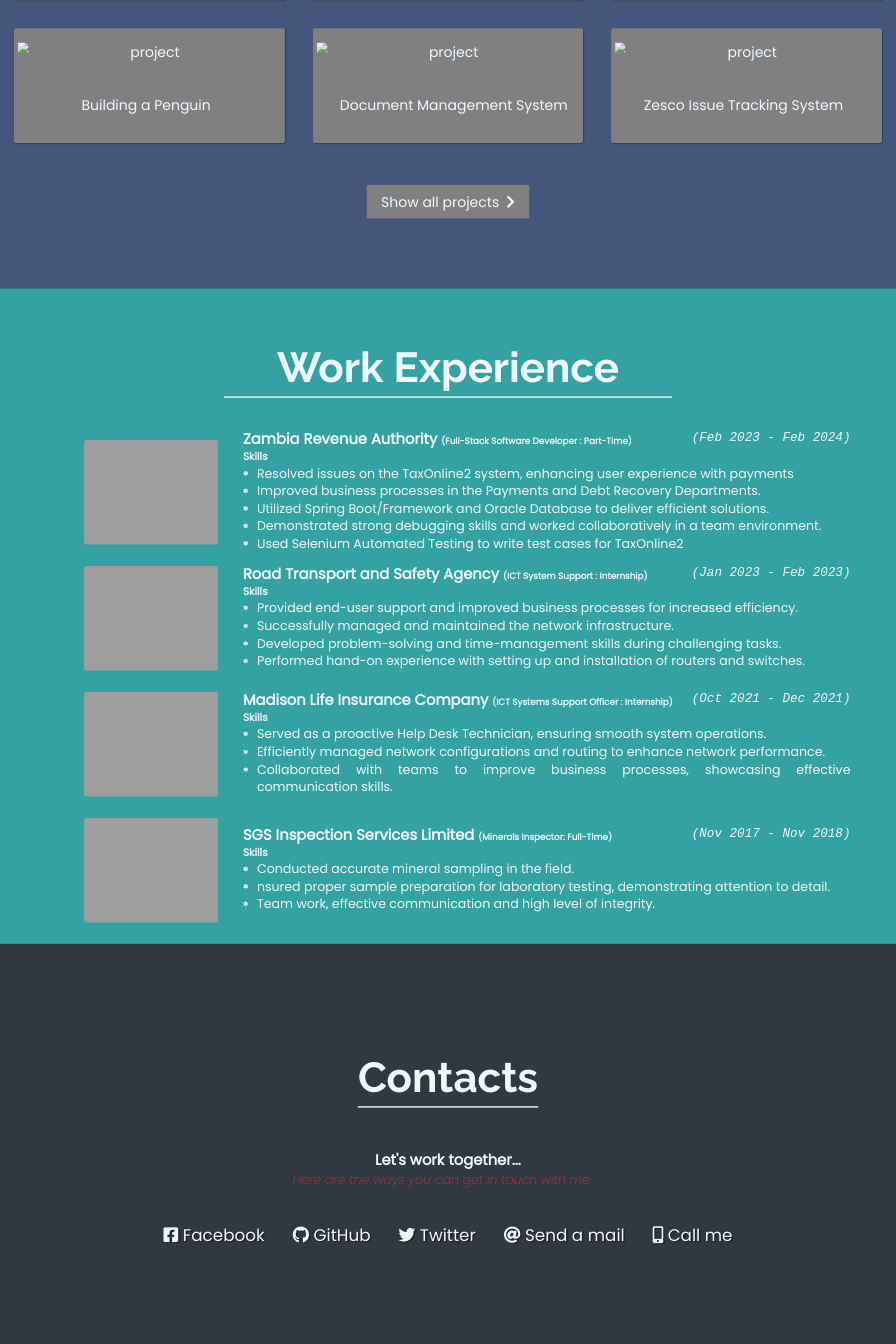
Repository: Lungdjos/personal_portifolio
Page: html/index.html
These files come from the project's save history. The page is drawn as it stood at one moment and after the next save; the edit follows.
The browser window is 1280 px wide. The pictures show the part of the page from y = 1185 to 3105 px (the page is 3214 px tall), at 70% of full size.
Pictures or frames that could not be fetched are drawn as grey boxes. Some web libraries are served in a nearby version.

Above is the page before, as saved 2024-02-04 02:50:19.

### html/index.html
<!DOCTYPE html>
<html lang="en">

<head>
    <meta charset="UTF-8">
    <meta name="viewport" content="width=device-width, initial-scale=1.0">
    <title>Personal Portifolio</title>
    <link rel="stylesheet" href="/css/styles.css">
    <link rel="stylesheet" href="https://use.fontawesome.com/releases/v5.8.2/css/all.css" integrity="sha384-oS3vJWv+0UjzBfQzYUhtDYW+Pj2yciDJxpsK1OYPAYjqT085Qq/1cq5FLXAZQ7Ay" crossorigin="anonymous">
    <link href="https://fonts.googleapis.com/css?family=Poppins:200i,300,400&amp;display=swap" rel="stylesheet">
    <link href="https://fonts.googleapis.com/css?family=Raleway:700&amp;display=swap" rel="stylesheet">
    <script src="edge-extension://ajdpfmkffanmkhejnopjppegokpogffp/assets/prompt.js"></script>
</head>

<body>
    <header class="header">
        <nav id="navbar">
            <ul class="nav-list">
                <li><a href="#welcome-section" class="nav-link"><i class=""></i>Home</a></li>
                <li>
                    <a href="#project-section" class="nav-link"> <i class=""></i>Projects</a>
                </li>
                <li>
                    <a href="#work-experience-section" class="nav-link"> <i class=""></i>Experience</a>
                </li>
                <li><a href="#contact-section" class="nav-link"><i class=""></i>Contacts</a></li>
            </ul>
        </nav>
    </header>
    <main class="m-3">
        <div id="spacer"></div>
        <section class="home" id="welcome-section">
            <div id="welcome-section">
                <h1 id="title">Hi there, I am Lungu</h1>
                <p id="sub-title"><span>a</span> <span>full-stack</span> <span>software</span> <span>developer</span></p>
            </div>
        </section>

        <div id="spacer"></div>
        <section class="project-section" id="project-section">
            <h1 id="project-heading" class="heading">Here are some Projects I have done</h1>

            <div class="project-grid">
                <a href="#" target="_blank" class="project project-title">
                    <img class="project-image" src="" alt="project">
                    <p class="project-title">
                        <span class="code">&lt;</span>Technical Document Page
                        <span class="code">/&gt;</span>
                    </p>
                </a>

                <a href="#" target="_blank" class="project project-title">
                    <img class="project-image" src="" alt="project">
                    <p class="project-title">
                        <span class="code">&lt;</span> Piano
                        <span class="code">/&gt;</span>
                    </p>
                </a>

                <a href="#" target="_blank" class="project project-title">
                    <img class="project-image" src="" alt="project">
                    <p class="project-title">
                        <span class="code">&lt;</span> Tribute Page
                        <span class="code">/&gt;</span>
                    </p>
                </a>

                <a href="#" target="_blank" class="project project-title">
                    <img class="project-image" src="" alt="project">
                    <p class="project-title">
                        <span class="code">&lt;</span> Building a Penguin
                        <span class="code">/&gt;</span>
                    </p>
                </a>

                <a href="#" target="_blank" class="project project-title">
                    <img class="project-image" src="" alt="project">
                    <p class="project-title">
                        <span class="code">&lt;</span> Document Management System
                        <span class="code">/&gt;</span>
                    </p>
                </a>

                <a href="#" target="_blank" class="project project-title">
                    <img class="project-image" src="" alt="project">
                    <p class="project-title">
                        <span class="code">&lt;</span> Zesco Issue Tracking System
                        <span class="code">/&gt;</span>
                    </p>
                </a>
            </div>

            <a href="#" class="btn btn-show-all" target="_blank">Show all projects<i class="fas fa-chevron-right"></i></a>
        </section>
        <div id="spacer"></div>
        <section class="work-exp-section" id="work-experience-section">
            <h1 class="heading work-exp-heading">Work Experience</h1>
            <div id="grid">
                <div id="icon"><img src="https://th.bing.com/th?id=OIP.rCZtK_dDgujHTn0u4EiHUwHaEX&w=325&h=191&c=8&rs=1&qlt=90&o=6&pid=3.1&rm=2" alt="icon"></div>
                <div class="experience">
                    <div class="title-exp">
                        <h3>Zambia Revenue Authority <small>(Full-Stack Software Developer : Part-Time)</small></h3>
                        <code>(Feb 2023 - Feb 2024)</code>
                    </div>

                    <h5 class="skills">Skills</h5>
                    <p>
                        <ul>
                            <li>Resolved issues on the TaxOnline2 system, enhancing user experience with payments</li>
                            <li>Improved business processes in the Payments and Debt Recovery Departments.</li>
                            <li>Utilized Spring Boot/Framework and Oracle Database to deliver efficient solutions.</li>
                            <li>Demonstrated strong debugging skills and worked collaboratively in a team environment.</li>
                            <li>Used Selenium Automated Testing to write test cases for TaxOnline2</li>
                        </ul>
                    </p>
                </div>
            </div>

            <div id="grid">
                <div id="icon"><img src="https://th.bing.com/th?id=OIP.iDj6ErR_9QzKQiRz5T8xHQAAAA&w=158&h=159&c=8&rs=1&qlt=90&o=6&pid=3.1&rm=2" alt="icon"></div>
                <div class="experience">
                    <div class="title-exp">
                        <h3>Road Transport and Safety Agency <small>(ICT System Support : Internship)</small></h3>
                        <code>(Jan 2023 - Feb 2023)</code>
                    </div>

                    <h5 class="skills">Skills</h5>
                    <p>
                        <ul>
                            <li>Provided end-user support and improved business processes for increased efficiency.</li>
                            <li>Successfully managed and maintained the network infrastructure.</li>
                            <li>Developed problem-solving and time-management skills during challenging tasks.</li>
                            <li>Performed hand-on experience with setting up and installation of routers and switches.</li>
                        </ul>
                    </p>
                </div>
            </div>

            <div id="grid">
                <div id="icon"><img src="https://th.bing.com/th?id=OIP.sgcljO8ZBHyturyXo14g8wAAAA&w=216&h=103&c=8&rs=1&qlt=90&o=6&pid=3.1&rm=2" alt="icon"></div>
                <div class="experience">
                    <div class="title-exp">
                        <h3>Madison Life Insurance Company <small>(ICT Systems Support Officer : Internship)</small></h3>
                        <code>(Oct 2021 - Dec 2021)</code>
                    </div>

                    <h5 class="skills">Skills</h5>
                    <p>
                        <ul>
                            <li>Served as a proactive Help Desk Technician, ensuring smooth system operations.</li>
                            <li>Efficiently managed network configurations and routing to enhance network performance.</li>
                            <li>Collaborated with teams to improve business processes, showcasing effective communication skills.</li>
                        </ul>
                    </p>
                </div>
            </div>

            <div id="grid">
                <div id="icon"><img src="https://th.bing.com/th?id=OIP.TdyvCMy5NlyppvpqZwovrAHaE8&w=306&h=204&c=8&rs=1&qlt=90&o=6&pid=3.1&rm=2" alt="icon"></div>
                <div class="experience">
                    <div class="title-exp">
                        <h3>SGS Inspection Services Limited <small>(Minerals Inspector: Full-Time)</small></h3>
                        <code>(Nov 2017 - Nov 2018)</code>
                    </div>

                    <h5 class="skills">Skills</h5>
                    <p>
                        <ul>
                            <li>Conducted accurate mineral sampling in the field.</li>
                            <li>nsured proper sample preparation for laboratory testing, demonstrating attention to detail.</li>
                            <li>Team work, effective communication and high level of integrity.</li>
                        </ul>
                    </p>
                </div>
            </div>
        </section>
        <div id="spacer"></div>
        <section class="contact-section" id="contact-section">
            <h1 class="heading contacts-heading">Contacts</h1>
            <div class="contact-section-header">
                <h3>Let's work together...</h3>
                <p>Here are the ways you can get in touch with me <i class="fa-duotone fa-phone"></i></p>
            </div>
            <div id="contact-links">
                <a href="https://facebook.com/freecodecamp" target="_blank" class="btn contact-details"><i class="fab fa-facebook-square"></i> Facebook</a>
                <a id="profile-link" href="https://github.com/freecodecamp" target="_blank" class="btn contact-details"><i class="fab fa-github"></i> GitHub</a>
                <a href="https://twitter.com/freecodecamp" target="_blank" class="btn contact-details"><i class="fab fa-twitter"></i> Twitter</a>
                <a href="mailto:example@example.com" class="btn contact-details"><i class="fas fa-at"></i> Send a mail</a>
                <a href="tel:555-555-5555" class="btn contact-details"><i class="fas fa-mobile-alt"></i> Call me</a>
            </div>
        </section>
    </main>
    <footer>
        <ul>
            <li><a href="">Privacy</a></li>
            <li><a href="">Contacts</a></li>
            <li><a href="">About Us</a></li>
        </ul>
        <span>&REG;Radix Enterprise Ltd. &copy; 2024</span>
    </footer>
</body>

</html>

### css/styles.css
/** STYLING FOR THE PORTIFOLIO **/


/* the root selector */

:root {
    /* colors */
    --col-1: aliceblue;
    --col-2: grey;
    --col-3: orangered;
    --col-4: #be3144;
    --bc-1: #34a2a2;
    --bc-2: #0b2e28;
    --bc-3: #123b3b;
    --bc-4: #45567d;
    --bc-5: #303841;
    /* values */
}


/* general stylings */

html {
    font-size: 62.5%;
    box-sizing: border-box;
    scroll-behavior: smooth;
}

* {
    margin: 0;
    padding: 0;
}


/* box-sizing and font sizing */

*,
*::before,
*::after {
    box-sizing: inherit;
}


/* body styling */

body {
    font-family: 'Poppins', sans-serif;
    font-size: 1.8rem;
    font-weight: 400;
    line-height: 1.4;
    color: var(--col-1);
    background-color: var(--bc-1);
}


/* headings styling */

h1,
h2 {
    font-family: 'Raleway', sans-serif;
    font-weight: 600;
    text-align: center;
}

h1 {
    font-size: 6rem;
}

h2 {
    font-size: 4.2rem;
}


/* List and anchor styling */

ul {
    list-style: none;
}

a {
    color: var(--col-1);
    text-decoration: none;
}

img {
    display: block;
    width: 100%;
}


/** NAVIGATION BAR */


/* nav bar styling */

nav {
    font-weight: 600;
}

.header {
    display: flex;
    justify-content: flex-end;
    position: fixed;
    top: 0;
    left: 0;
    width: 100%;
    box-shadow: 0 2px 0 rgba(0, 0, 0, 0.4);
    z-index: 10;
    background-color: var(--bc-2);
}

nav>ul {
    display: flex;
    margin-right: 2rem;
    text-transform: uppercase;
}

.nav-list a {
    display: block;
    font-size: 2.2rem;
    padding: 2rem;
}

.nav-list a:hover {
    background: var(--bc-4);
}

.nav-list a:visited {
    border-bottom: .2rem solid #ff6347;
}


/* body styling */

#spacer {
    max-width: 1000px;
    width: 100%;
    margin: 0 auto;
}

main li {
    list-style-type: disc;
}


/** HOME PAGE */


/* Styling or the Home Page */

.home {
    width: 100%;
    height: 100vh;
    display: flex;
    flex-direction: column;
    justify-content: center;
    align-items: center;
    background: inherit;
    background-image: linear-gradient(62deg, #3a3d40 0%, #181719 100%);
}

#welcome-section>p {
    font-size: 3rem;
    font-weight: 200;
    font-style: italic;
    color: #d0a;
}

#title {
    transform-origin: center;
    animation: rotateAndChangeColor 14s infinite ease-in-out;
}

#sub-title {
    text-indent: 10px;
}

#sub-title span {
    display: inline-block;
    animation: fallAnimation 4s infinite ease-in-out forwards;
}


/** PROJECTS */


/* styling for projects */

.project-section {
    text-align: center;
    padding: 10rem 2rem;
    background: var(--bc-4);
}

.heading {
    max-width: 640px;
    margin: 0 auto 6rem auto;
    border-bottom: .2rem solid var(--col-1);
}


/* grids */

.project-grid {
    display: grid;
    grid-template-columns: repeat(auto-fit, minmax(360px, 1fr));
    grid-gap: 4rem;
    width: 100%;
    max-width: 1280px;
    margin: 0 auto;
    margin-bottom: 6rem;
}


/* individual projects */

.project {
    background: var(--col-2);
    box-shadow: 1px 1px 2px rgba(0, 0, 0, 0.4);
    border-radius: 3px;
}

.code {
    color: var(--col-2);
    transition: color 0.3s ease-out;
}

.project:hover .code {
    color: var(--col-3);
}

.project-image {
    height: calc(100% - 6.8rem);
    width: 100%;
    object-fit: cover;
}

.project-title {
    font-size: 2rem;
    padding: 2rem 0.5rem;
}

.btn {
    display: inline-block;
    padding: 1rem 2rem;
    border-radius: 2px;
}

.btn-show-all {
    font-size: 2rem;
    background: var(--col-2);
    transition: background 0.3s ease-out;
}

.btn-show-all:hover {
    background: var(--col-3);
}

.btn-show-all:hover>i {
    transform: translateX(2px);
}

.btn-show-all>i {
    margin-left: 10px;
    transform: translateX(0);
    transition: transform 0.3s ease-out;
}


/** WORK EXPERIENCE */

#work-experience-section {
    padding-top: 5rem;
    margin: 2rem;
}

.work-exp-section small {
    font-size: 60%;
}

#work-experience-section #icon {
    display: flex;
    flex-direction: column;
    justify-content: center;
    align-items: center;
}

#work-experience-section img {
    border-radius: 3%;
    height: 150px;
    width: 15vw;
    margin-right: 2rem;
}

#work-experience-section .experience {
    display: flex;
    flex-direction: column;
    justify-content: center;
    height: 125px;
    width: 80vw;
    padding: 5px;
    margin: 1rem;
}

#grid {
    display: flex;
    margin: 3rem;
    margin-left: 10rem;
}

.experience {
    text-align: justify;
}

.experience ul {
    padding-left: 2rem;
}

.skills {
    color: var(--col-1);
}

.title-exp {
    display: flex;
    justify-content: space-between;
}

.title-exp code {
    flex-direction: flex-end;
    font-style: italic;
}


/** CONTACTS */

#contact-section {
    display: flex;
    flex-direction: column;
    justify-content: center;
    align-items: center;
    text-align: center;
    padding: 0 3rem;
    width: 100%;
    height: 82vh;
    background: var(--bc-5);
}

.contact-section-header>h2 {
    font-size: 6rem;
}

.contact-section-header>p {
    font-style: italic;
    color: var(--col-4);
}

#contact-links {
    display: flex;
    justify-content: center;
    width: 100%;
    max-width: 980px;
    margin-top: 4rem;
    flex-wrap: wrap;
}

.contact-details {
    font-size: 2.4rem;
    text-shadow: 2px 2px 1px #1f1f1f;
    transition: transform 0.3s ease-out;
}

.contact-details:hover {
    transform: translateY(10px);
    color: var(--col-4);
}


/** FOOTER */


/* footer styling */

footer {
    font-weight: 300;
    padding: 2rem;
    background-color: var(--bc-3);
    border-top: 6px solid var(--bc-2);
}

footer>ul {
    display: flex;
    justify-content: flex-end;
}

footer>ul>li {
    padding: 0 12px;
}

footer>span {
    display: flex;
    justify-content: flex-end;
    margin-top: 6px;
    font-size: .9rem;
    font-weight: bold;
}


/** ANIMATIONS AND EFFECTS */


/* Welcome Page Animations */

@keyframes rotateAndChangeColor {
    0% {
        transform: rotateY(0deg);
        color: #333;
    }
    30% {
        transform: rotateY(360deg);
        color: #2e604a;
    }
    60% {
        transform: rotate(0deg);
        color: #45567d;
    }
    90% {
        transform: rotate(360deg);
        color: #ff6347;
    }
}

@keyframes fallAnimation {
    0% {
        transform: translateY(-60px);
        opacity: 0;
    }
    50% {
        transform: translateY(-60px);
        opacity: 0.4;
    }
    100% {
        transform: translateY(0);
        opacity: 1;
    }
}


/** STYLING FOR SMALL DEVICES */


/* 1200px / 16px = 75em */

@media (max-width: 75em) {
    html {
        font-size: 60%;
    }
}


/* 980px / 16px = 61.25em */

@media (max-width: 61.25em) {
    html {
        font-size: 58%;
    }
}


/* 460px / 16px = 28.75em */

@media (max-width: 28.75em) {
    html {
        font-size: 55%;
    }
}


/** NAV-BAR */


/* nav bar media queries */

@media (max-width: 28.75em) {
    #navbar {
        justify-content: center;
    }
    .nav-list {
        margin: 0 1rem;
    }
}


/** PROJECTS */


/* projects media query */

@media (max-width: 28.75em) {
    #project-heading {
        font-size: 4rem;
    }
}

@media (max-width: 30.625em) {
    .project-section {
        padding: 6rem 1rem;
    }
    .project-grid {
        grid-template-columns: 1fr;
    }
}


/** WORK EXPERIENCE */

@media (max-width: 550px) {
    #work-experience-section #icon {
        display: none;
    }
}

@media (max-width: 550px) {
    #work-experience-section .experience {
        width: 100%;
        text-align: center;
        padding: 0;
        height: 150px;
    }
}

@media (max-width: 650px) {
    #work-experience-section {
        margin-top: 0;
    }
}


/** CONTACTS */

@media (max-width: 28.75em) {
    .contact-section-header>h2 {
        font-size: 4rem;
    }
}


/** FOOTER */


/* footer */

@media (max-width: 28.75em) {
    footer {
        flex-direction: column;
        text-align: center;
    }
}

After the next save:
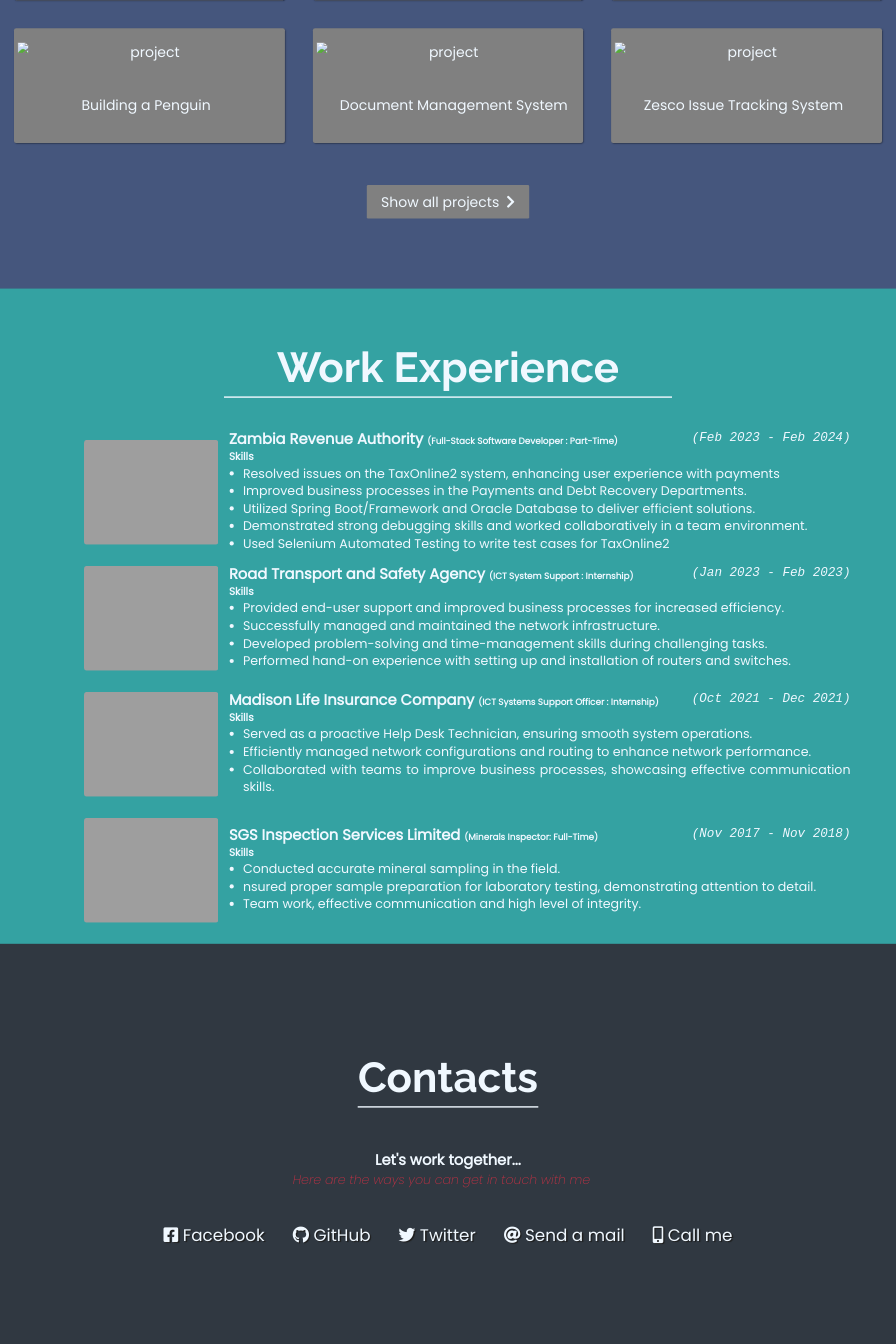
Saved 23 s later.
--- a/css/styles.css
+++ b/css/styles.css
@@ -289,7 +289,6 @@ main li {
     border-radius: 3%;
     height: 150px;
     width: 15vw;
-    margin-right: 2rem;
 }
 
 #work-experience-section .experience {
